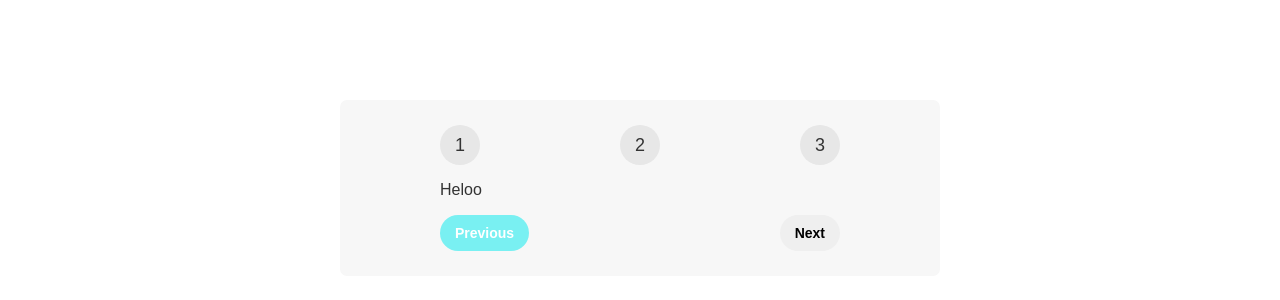
Repository: ahmedharidy/State-React-Practice
Page: /
The author's editor kept a copy of each file at every save. The page is drawn from the files as they stood at one save, then again after the next save.
The browser window is 1280 px wide. The pictures show the whole page.
The project was rebuilt for these pictures with package versions that can differ from the ones it lists, and the page was loaded fresh each time.

Above is the page before, as saved 2026-09-25 11:09:26.

### src/App.js
export default function App() {
  return (
    <div className="steps">
      <div className="numbers">
        <div>1</div>
        <div>2</div>
        <div>3</div>
      </div>

      <p className="meddage">Heloo</p>

      <div className="buttons">
        <button style={{ backgroundColor: "#79f0f2", color: "#fff" }}>
          Previous
        </button>
        <button>Next</button>
      </div>
    </div>
  );
}

Loaded but not shown: public/index.html (common file); src/index.js (common file); src/index.css (common file)

After the next save:
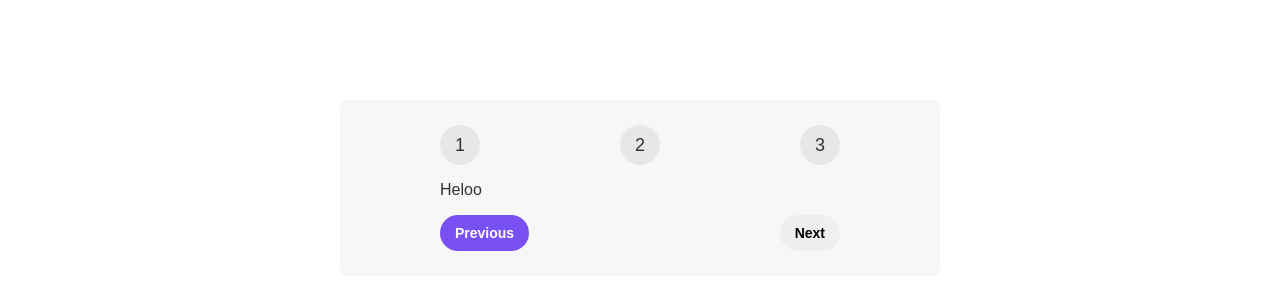
Saved 23 s later.
--- a/src/App.js
+++ b/src/App.js
@@ -10,7 +10,7 @@ export default function App() {
       <p className="meddage">Heloo</p>
 
       <div className="buttons">
-        <button style={{ backgroundColor: "#79f0f2", color: "#fff" }}>
+        <button style={{ backgroundColor: "#7950f2", color: "#fff" }}>
           Previous
         </button>
         <button>Next</button>
